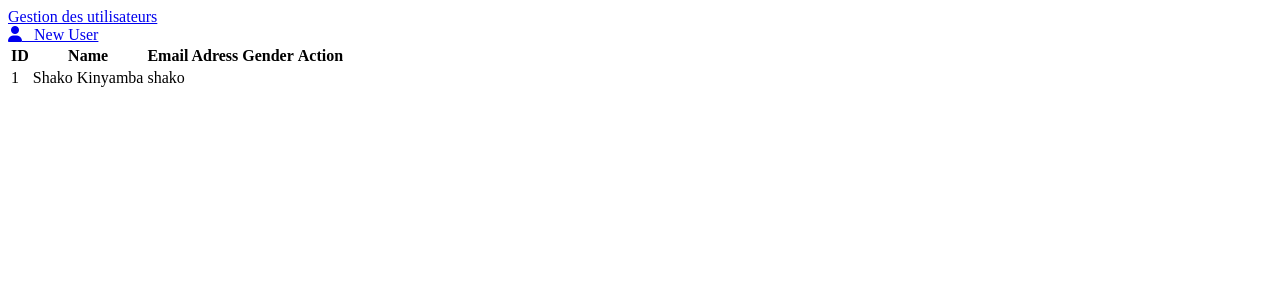
Repository: SKB-TECH/CrudMren
Page: index.html
The author's editor kept a copy of each file at every save. The page is drawn from the files as they stood at one save, then again after a run of saves.
The browser window is 1280 px wide. The pictures show the whole page.

Above is the page before, as saved 2022-10-05 08:38:56.

### index.html
<!DOCTYPE html>
<html lang="en">
<head>
    <meta charset="UTF-8">
    <meta http-equiv="X-UA-Compatible" content="IE=edge">
    <meta name="viewport" content="width=device-width, initial-scale=1.0">
    <link rel="stylesheet" href="https://cdnjs.cloudflare.com/ajax/libs/font-awesome/6.2.0/css/all.min.css" integrity="sha512-xh6O/CkQoPOWDdYTDqeRdPCVd1SpvCA9XXcUnZS2FmJNp1coAFzvtCN9BmamE+4aHK8yyUHUSCcJHgXloTyT2A==" crossorigin="anonymous" referrerpolicy="no-referrer" />
    <title>CRUD APPLICATION</title>
</head>
<body>
    <!-- Header -->
    <header id="header">
        <nav>
            <div class="container">
                <div class="text-center">
                    <a href="/">Gestion des utilisateurs</a>
                </div>
            </div>
        </nav>
    </header>
    <!-- /Header -->

    <!-- Main  -->
        <main id="site-main">
          <div class="container">
            <div class="box-nav d-flex-justify=between ">
                <a href="/add-user" class="border-shadow">
                    <span class="text-gradient"><i class="fas fa-user"></i> &nbsp; New User</span>
                </a>
            </div>
          </div>
        </main>
    <!-- /Main -->

    <!-- Form handling -->
        <form action="/" method="POST">
            <table class="table">
                <thead class="thead-dark">
                    <tr>
                        <th>ID</th>
                        <th>Name</th>
                        <th>Email Adress</th>
                        <th>Gender</th>
                        <th>Action</th>
                    </tr>
                    <tbody>
                        <tr>
                            <td>1</td>
                            <td>Shako Kinyamba</td>
                            <td>shako</td>
                            <td></td>
                            <td></td>
                        </tr>
                    </tbody>
                </thead>
            </table>
        </form>
    <!-- /Form handling -->
</body>
</html>

After the next 4 saves:
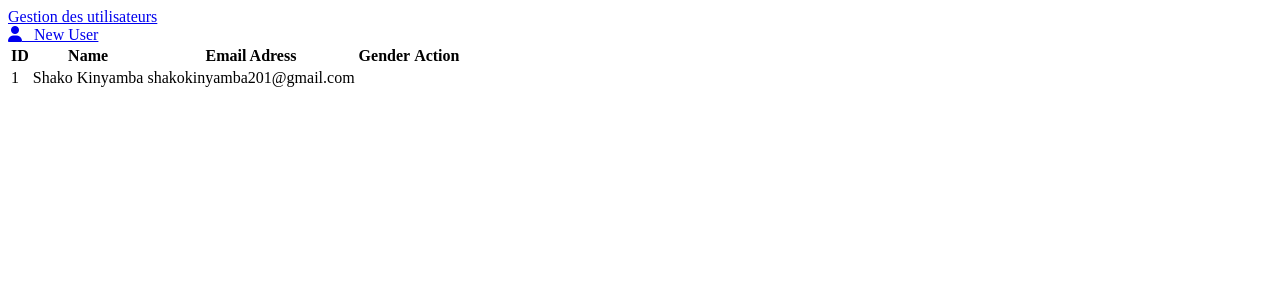
The 4 saves are shown as one change because they came seconds apart.
The last was saved 12 s later.
--- a/index.html
+++ b/index.html
@@ -47,7 +47,7 @@
                         <tr>
                             <td>1</td>
                             <td>Shako Kinyamba</td>
-                            <td>shako</td>
+                            <td>shakokinyamba201@gmail.com</td>
                             <td></td>
                             <td></td>
                         </tr>
